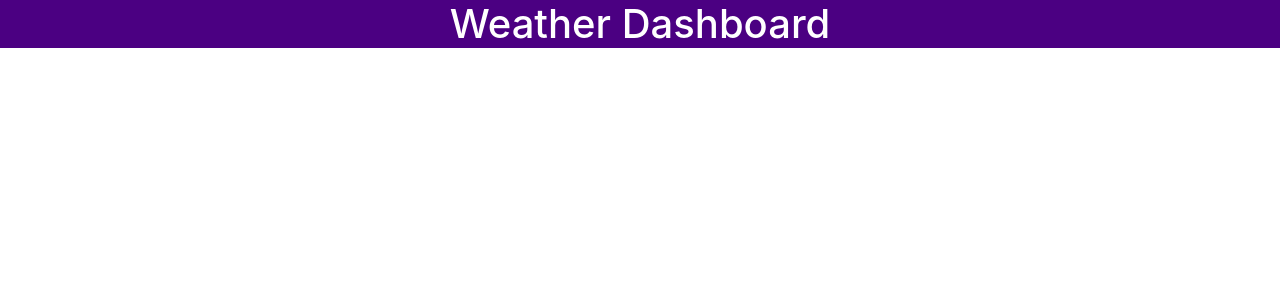
Repository: Llenrocc/Weather_API
Page: index.html
An editor plug-in stored every save of this project. The page is shown before and after the next save, followed by the edit.
The browser window is 1280 px wide. The pictures show the whole page.
Some web fonts or font styles are not loaded; a fallback is used.

Above is the page before, as saved 2020-07-17 21:54:13.

After the next save:
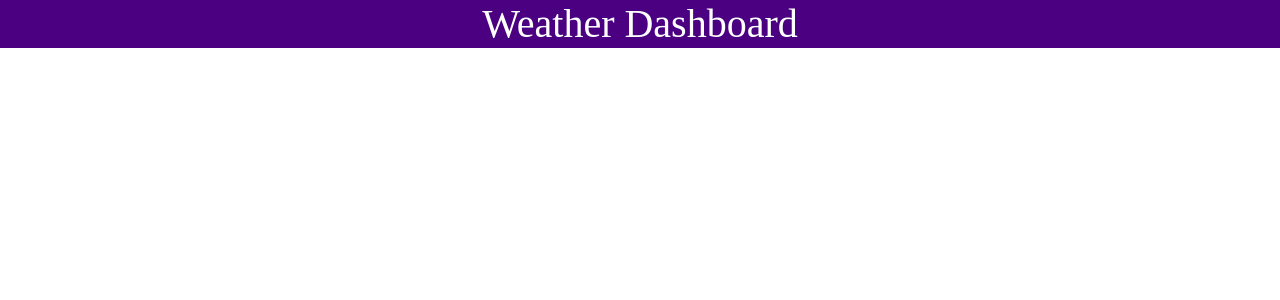
Saved 27 s later.
--- a/style.css
+++ b/style.css
@@ -2,4 +2,5 @@
     text-align: center;
     background-color: #4B0082;
     color: white;
+    font-family: 'Just Another Hand', cursive;
 }
